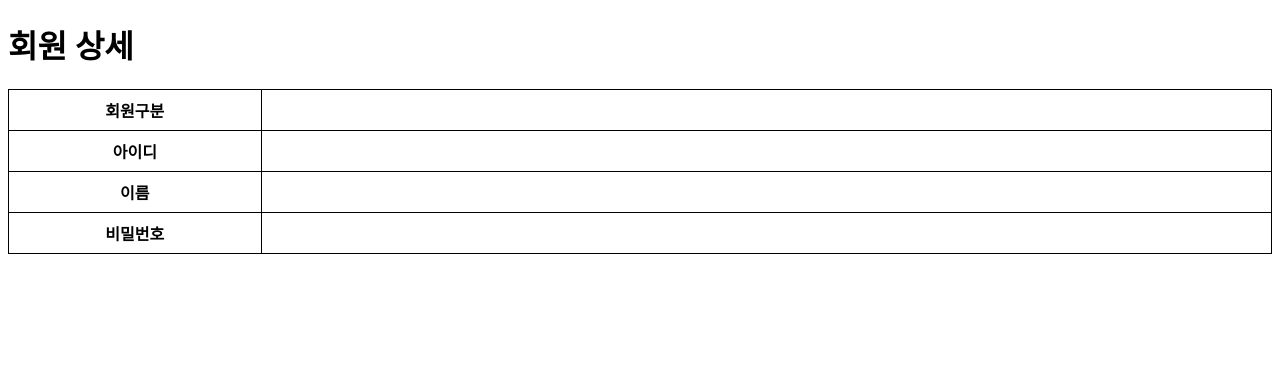
Repository: sangpyolee0/zerobase_task
Page: http://localhost/jsp-study/list.jsp
The author's editor kept a copy of each file at every save. The page is drawn from the files as they stood at one save, then again after the next save.
The browser window is 1280 px wide. The pictures show the whole page.
The page is served by Tomcat 9. Other server files are loaded and not shown. Queries for data that is not in the repository find no rows.

Above is the page before, as saved 2024-12-07 07:05:23.

### jsp-study/src/main/webapp/list.jsp
<%@page import="db.Member"%>
<%@page import="java.util.List"%>
<%@page import="db.MemberService"%>
<%@ page language="java" contentType="text/html; charset=UTF-8"
	pageEncoding="UTF-8"%>
<!DOCTYPE html>
<html>
<head>
<meta charset="UTF-8">
<title>회원 목록</title>
<style>
table {
	width: 100%;
	border-collapse: collapse; /* 테두리가 겹치지 않게 설정 */
}

th, td {
	border: 1px solid #000; /* 검은색 테두리 */
	text-align: center; /* 텍스트 가운데 정렬 */
	padding: 8px; /* 내용 여백 */
}

thead th {
	background-color: #f2f2f2; /* 연한 회색 배경 */
	font-weight: bold;
}
</style>
</head>
<body>
	<%
    MemberService memberService = new MemberService();
    List<Member> memberList = memberService.list();
    %>

	<h1>회원 상세</h1>
	<table>
	<colgroup>
		<col style= "width: 20%;">
		<col style= "width: 80%;">
	</colgroup>
		<tbody>
			<tr>
				<th>회원구분</th>
				<td></td>
			</tr>

			<tr>
				<th>아이디</th>
				<td></td>
			</tr>
			<tr>
				<th>이름</th>
				<td></td>
			</tr>
			<tr>
				<th>비밀번호</th>
				<td></td>
			</tr>
			</tr>

		</tbody>
	</table>
</body>
</html>

### jsp-study/src/main/java/db/MemberService.java
package db;

import java.sql.*;
import java.util.ArrayList;
import java.util.List;

public class MemberService {

    public List<Member> list() {

    	List<Member> memberList = new ArrayList<>();

        //접속 필요 5개
        // 1. ip(domain)
        // 2. port
        // 3. 계정
        // 4. 패스워드
        // 5. 인스턴스

        String url = "jdbc:mariadb://172.26.180.80:3306/testdb3";
        String dbUserId = "testuser3";
        String dbPassword = "zerobase";


        //접속 순서
        //1. 드라이버로드 //예외처리 방법, 감당 가능하면 처리 try catch 안되면 throws

        try {
            Class.forName("org.mariadb.jdbc.Driver");
        } catch (ClassNotFoundException e) {
            e.printStackTrace();
        }
        //2. 커넥션 객체 생성


        Connection connection = null;
        Statement statement = null;
        ResultSet rs = null;
        PreparedStatement preparedStatement = null;

        String memberTypeValue = "email";

        try {
            connection = DriverManager.getConnection(url, dbUserId, dbPassword);

//3. 스테이트먼트 객체 생성  파라미터 이슈 때문에 보통 PreparedStatement  사용

            preparedStatement = null;
            //   CallableStatement callableStatement = null;
//               statement = connection.createStatement();

              /* String sql = " select member_type, user_id, password, name " +
                            " from MEMBER " +
                            " where member_type = '" + memberTypeValue +"' ";*/
            // PreparedStatement 로 할 경우 위 커넥션 위치가 아니고 이 다음에 설정. 그리고 memberTypeValu 자리에 ? 넣기
            String sql = " select member_type, user_id, password, name " +
                    " from MEMBER " +
                    " where member_type = ? ";

            preparedStatement = connection.prepareStatement(sql);
            preparedStatement.setString(1, memberTypeValue);

            //4. 쿼리 실행
//               rs = statement.executeQuery(sql);
            // PreparedStatement 로 할 경우
            rs = preparedStatement.executeQuery();
            //5. 결과 수행
            while (rs.next()) {
                String memberType = rs.getString("member_type");
                String userId = rs.getString("user_id");
                String password = rs.getString("password");
                String name = rs.getString("name");

                Member member = new Member();
                member.setMemberType(memberTypeValue);
                member.setUserId(userId);
                member.setName(name);
                member.setPassword(password);

                memberList.add(member);


                System.out.println(memberType + ", " + userId + ", " + password + ", " + name);
            }

        } catch (SQLException e) {
            e.printStackTrace();
        }
        //5. 객체 연결 해체(close)
        finally {

            try {
                if (rs != null && !rs.isClosed()) {
                    rs.close();
                }
            } catch (SQLException e) {
                throw new RuntimeException(e);
            }

            try {
                if (preparedStatement != null && !preparedStatement.isClosed()) {
                    preparedStatement.close();
                }
            } catch (SQLException e) {
                throw new RuntimeException(e);
            }

            try {
                if (connection != null && !connection.isClosed()) {
                    connection.close();
                }
            } catch (SQLException e) {
                throw new RuntimeException(e);
            }

        }

        return memberList;

    }

    public void register(Member member) {

        //접속 필요 5개
        // 1. ip(domain)
        // 2. port
        // 3. 계정
        // 4. 패스워드
        // 5. 인스턴스

        String url = "jdbc:mariadb://172.26.180.80:3306/testdb3";
        String dbUserId = "testuser3";
        String dbPassword = "zerobase";


        //접속 순서
        //1. 드라이버로드 //예외처리 방법, 감당 가능하면 처리 try catch 안되면 throws

        try {
            Class.forName("org.mariadb.jdbc.Driver");
        } catch (ClassNotFoundException e) {
            e.printStackTrace();
        }
        //2. 커넥션 객체 생성


        Connection connection = null;
        Statement statement = null;
        ResultSet rs = null;
        PreparedStatement preparedStatement = null;


        try {
            connection = DriverManager.getConnection(url, dbUserId, dbPassword);

//3. 스테이트먼트 객체 생성  파라미터 이슈 때문에 보통 PreparedStatement  사용

            preparedStatement = null;
            //   CallableStatement callableStatement = null;
//               statement = connection.createStatement();

              /* String sql = " select member_type, user_id, password, name " +
                            " from MEMBER " +
                            " where member_type = '" + memberTypeValue +"' ";*/
            // PreparedStatement 로 할 경우 위 커넥션 위치가 아니고 이 다음에 설정. 그리고 memberTypeValu 자리에 ? 넣기
            String sql = " insert into MEMBER (member_type, user_id, name, password) " +
                        " values (?, ? ,? ,?) ";

            preparedStatement = connection.prepareStatement(sql);
            preparedStatement.setString(1, member.getMemberType());
            preparedStatement.setString(2, member.getUserId());
            preparedStatement.setString(3, member.getName());
            preparedStatement.setString(4, member.getPassword());


            //4. 쿼리 실행
//               rs = statement.executeQuery(sql);
            // PreparedStatement 로 할 경우
            int affected = preparedStatement.executeUpdate();

            if (affected > 0) {
                System.out.println(" 저장 성공 ");
            } else {
                System.out.println(" 저장 실패 ");
            }

        } catch (SQLException e) {
            e.printStackTrace();
        }
        //5. 객체 연결 해체(close)
        finally {

            try {
                if (rs != null && !rs.isClosed()) {
                    rs.close();
                }
            } catch (SQLException e) {
                throw new RuntimeException(e);
            }

            try {
                if (preparedStatement != null && !preparedStatement.isClosed()) {
                    preparedStatement.close();
                }
            } catch (SQLException e) {
                throw new RuntimeException(e);
            }

            try {
                if (connection != null && !connection.isClosed()) {
                    connection.close();
                }
            } catch (SQLException e) {
                throw new RuntimeException(e);
            }

        }




    }

    public void dbUpdate(String memberType, String userId,String password) {

        //접속 필요 5개
        // 1. ip(domain)
        // 2. port
        // 3. 계정
        // 4. 패스워드
        // 5. 인스턴스

        String url = "jdbc:mariadb://172.26.180.80:3306/testdb3";
        String dbUserId = "testuser3";
        String dbPassword = "zerobase";


        //접속 순서
        //1. 드라이버로드 //예외처리 방법, 감당 가능하면 처리 try catch 안되면 throws

        try {
            Class.forName("org.mariadb.jdbc.Driver");
        } catch (ClassNotFoundException e) {
            e.printStackTrace();
        }
        //2. 커넥션 객체 생성


        Connection connection = null;
        Statement statement = null;
        ResultSet rs = null;
        PreparedStatement preparedStatement = null;

        try {
            connection = DriverManager.getConnection(url, dbUserId, dbPassword);

//3. 스테이트먼트 객체 생성  파라미터 이슈 때문에 보통 PreparedStatement  사용

            preparedStatement = null;
            //   CallableStatement callableStatement = null;
//               statement = connection.createStatement();

              /* String sql = " select member_type, user_id, password, name " +
                            " from MEMBER " +
                            " where member_type = '" + memberTypeValue +"' ";*/
            // PreparedStatement 로 할 경우 위 커넥션 위치가 아니고 이 다음에 설정. 그리고 memberTypeValu 자리에 ? 넣기
            String sql = " update MEMBER set " +
                                " password = ? " +
                            " where member_type = ? and user_id = ? " ;

            preparedStatement = connection.prepareStatement(sql);
            preparedStatement.setString(2, memberType);
            preparedStatement.setString(3, userId);
            preparedStatement.setString(1, password);


            //4. 쿼리 실행
//               rs = statement.executeQuery(sql);
            // PreparedStatement 로 할 경우
            int affected = preparedStatement.executeUpdate();

            if (affected > 0) {
                System.out.println(" 수정 성공 ");
            } else {
                System.out.println(" 수정 실패 ");
            }

        } catch (SQLException e) {
            e.printStackTrace();
        }
        //5. 객체 연결 해체(close)
        finally {

            try {
                if (rs != null && !rs.isClosed()) {
                    rs.close();
                }
            } catch (SQLException e) {
                throw new RuntimeException(e);
            }

            try {
                if (preparedStatement != null && !preparedStatement.isClosed()) {
                    preparedStatement.close();
                }
            } catch (SQLException e) {
                throw new RuntimeException(e);
            }

            try {
                if (connection != null && !connection.isClosed()) {
                    connection.close();
                }
            } catch (SQLException e) {
                throw new RuntimeException(e);
            }

        }



    }

    public void withdraw(Member member) {

        //접속 필요 5개
        // 1. ip(domain)
        // 2. port
        // 3. 계정
        // 4. 패스워드
        // 5. 인스턴스

        String url = "jdbc:mariadb://172.26.180.80:3306/testdb3";
        String dbUserId = "testuser3";
        String dbPassword = "zerobase";


        //접속 순서
        //1. 드라이버로드 //예외처리 방법, 감당 가능하면 처리 try catch 안되면 throws

        try {
            Class.forName("org.mariadb.jdbc.Driver");
        } catch (ClassNotFoundException e) {
            e.printStackTrace();
        }
        //2. 커넥션 객체 생성


        Connection connection = null;
        Statement statement = null;
        ResultSet rs = null;
        PreparedStatement preparedStatement = null;




        try {
            connection = DriverManager.getConnection(url, dbUserId, dbPassword);

//3. 스테이트먼트 객체 생성  파라미터 이슈 때문에 보통 PreparedStatement  사용

            preparedStatement = null;
            //   CallableStatement callableStatement = null;
//               statement = connection.createStatement();

              /* String sql = " select member_type, user_id, password, name " +
                            " from MEMBER " +
                            " where member_type = '" + memberTypeValue +"' ";*/
            // PreparedStatement 로 할 경우 위 커넥션 위치가 아니고 이 다음에 설정. 그리고 memberTypeValu 자리에 ? 넣기
            String sql = " delete from MEMBER " +
                            " where member_type = ? and user_id = ? " ;

            preparedStatement = connection.prepareStatement(sql);
            preparedStatement.setString(1, member.getMemberType());
            preparedStatement.setString(2, member.getUserId());



            //4. 쿼리 실행
//               rs = statement.executeQuery(sql);
            // PreparedStatement 로 할 경우
            int affected = preparedStatement.executeUpdate();

            if (affected > 0) {
                System.out.println(" 삭제 성공 ");
            } else {
                System.out.println(" 삭제 실패 ");
            }

        } catch (SQLException e) {
            e.printStackTrace();
        }
        //5. 객체 연결 해체(close)
        finally {

            try {
                if (rs != null && !rs.isClosed()) {
                    rs.close();
                }
            } catch (SQLException e) {
                throw new RuntimeException(e);
            }

            try {
                if (preparedStatement != null && !preparedStatement.isClosed()) {
                    preparedStatement.close();
                }
            } catch (SQLException e) {
                throw new RuntimeException(e);
            }

            try {
                if (connection != null && !connection.isClosed()) {
                    connection.close();
                }
            } catch (SQLException e) {
                throw new RuntimeException(e);
            }

        }



    }
}

After the next save:
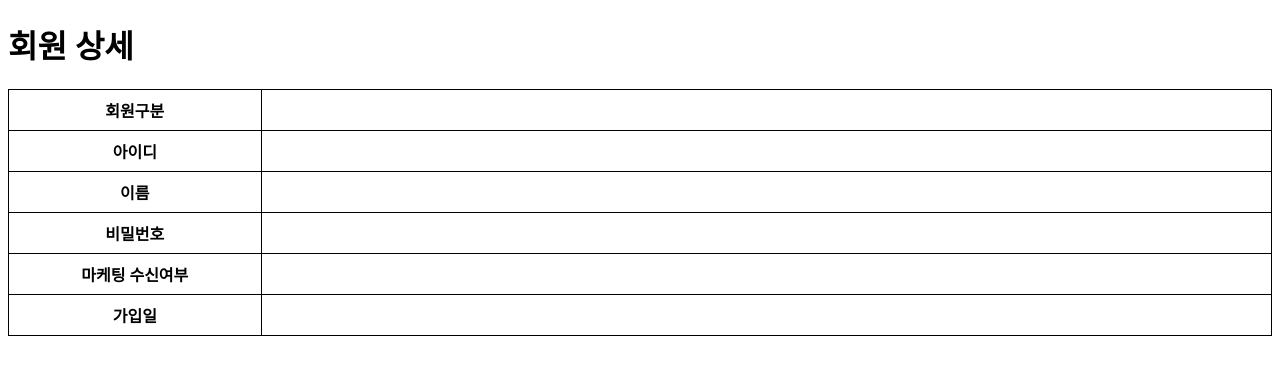
Saved 7 min 21 s later.
--- a/jsp-study/src/main/webapp/list.jsp
+++ b/jsp-study/src/main/webapp/list.jsp
@@ -56,7 +56,15 @@ thead th {
 				<th>비밀번호</th>
 				<td></td>
 			</tr>
+			<tr>
+				<th>마케팅 수신여부</th>
+				<td></td>
 			</tr>
+			<tr>
+				<th>가입일</th>
+				<td></td>
+			</tr>
+
 
 		</tbody>
 	</table>
